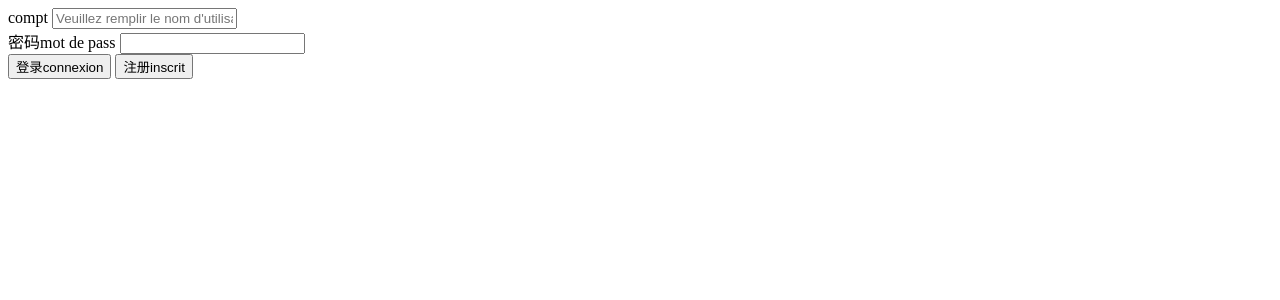
Repository: clairedupuich/serv_drone
Page: http://localhost/test.php
These files come from the project's save history. The page is drawn as it stood at one moment and after the next save; the edit follows.
The browser window is 1280 px wide. The pictures show the whole page.
The page is run by PHP 8.4 with error messages shown; the project is at /var/www/html/.

Above is the page before, as saved 2021-06-01 19:01:56.

After the next save:
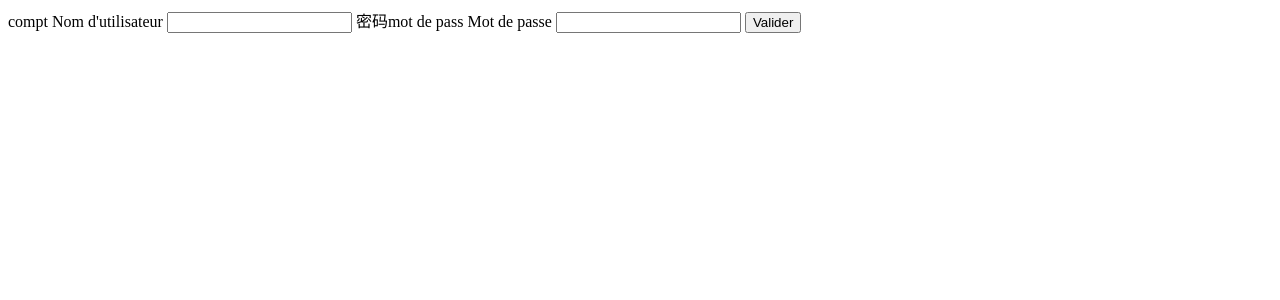
Saved 2 min 22 s later.
--- a/test.php
+++ b/test.php
@@ -14,14 +14,16 @@
         <form action="#" method="POST">
 
                 compt
-                <input type="text" name="userName" size="20" maxlength="15" placeholder="Veuillez remplir le nom d'utilisateur">
-                <br>
+                <label for="pseudo">Nom d'utilisateur</label>
+                <input type="text" id ="pseudo" name="userName">
+
+
 
                 密码mot de pass
-                <input type="password" name="password" size="20" maxlength="15">
-                <br>
-                <input type="submit" value="登录connexion">
-                <input type="button" onclick="window.location.href='register.html'" value="注册inscrit">
+                <label for="pwd">Mot de passe</label>
+                <input type="password" name="password" id="pwd">
+
+                <button type="submit">Valider</button>
 
         </form>
     </body>
